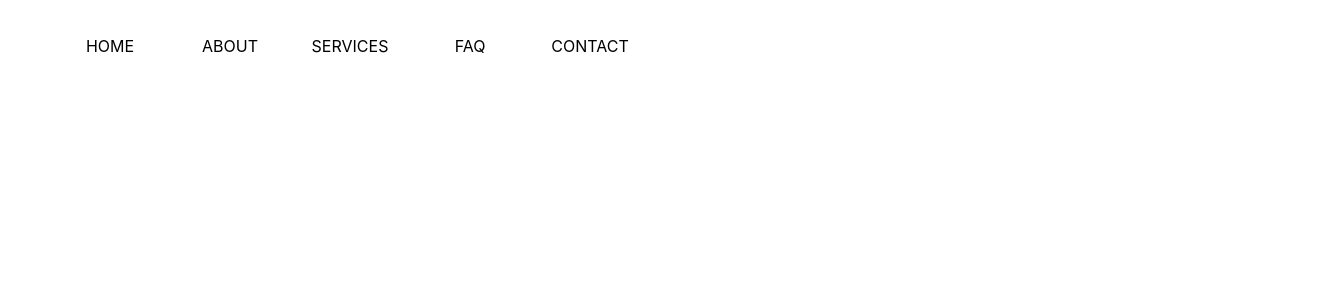
Repository: sriram1224/reactas1.github.io
Page: /
The author's editor kept a copy of each file at every save. The page is drawn from the files as they stood at one save, then again after the next save.
The browser window is 1280 px wide. The page is 1320 px wide, so the pictures cover 1320 px, including what lies to the right of the window. The pictures show the whole page.
The project was rebuilt for these pictures with package versions that can differ from the ones it lists, and the page was loaded fresh each time.

Above is the page before, as saved 2024-03-05 06:46:01.

After the next save:
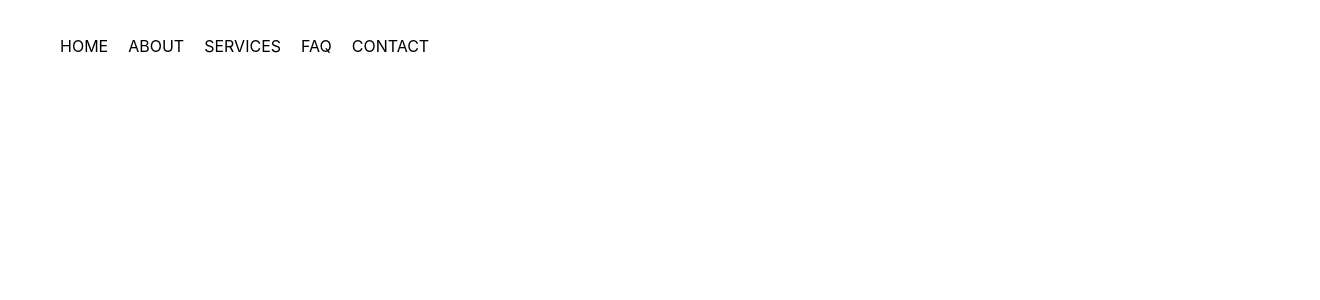
Saved 12 s later.
--- a/src/Components/Nav.css
+++ b/src/Components/Nav.css
@@ -13,5 +13,5 @@
     gap: 20px;
 }
 .Nav ul li{
-    width: 100px;
+    width: 100%;
 }
